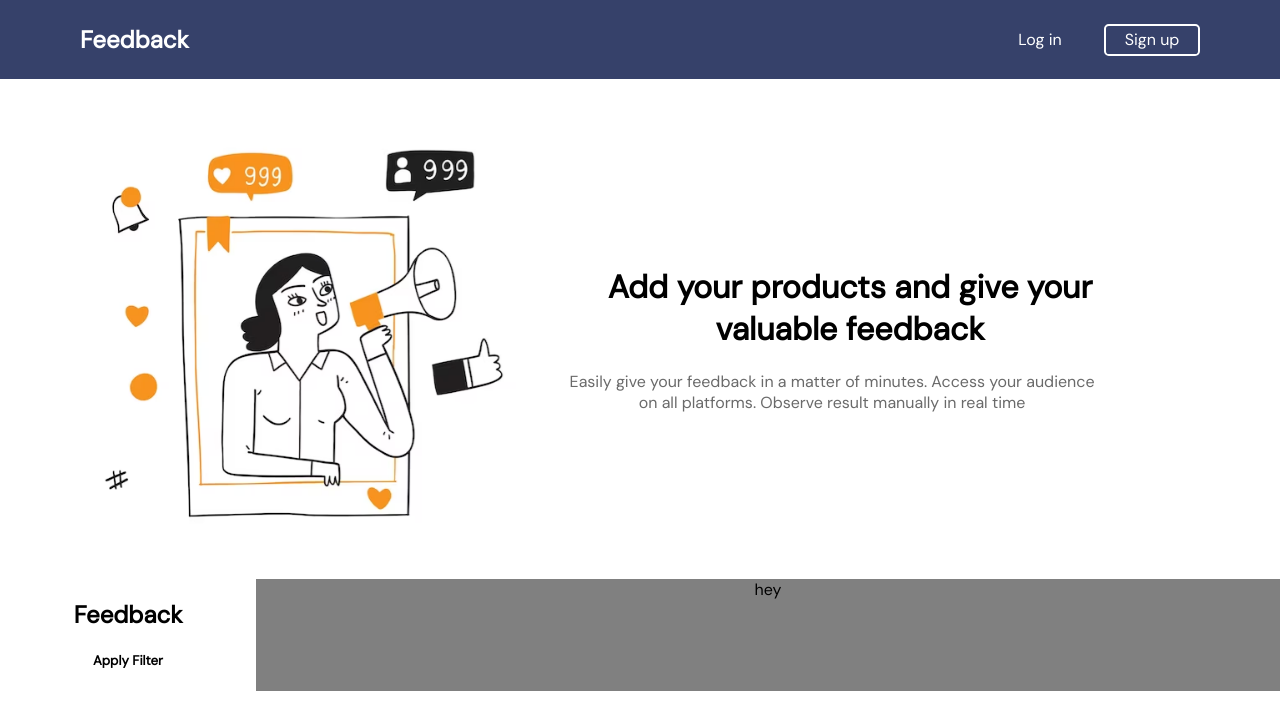
Repository: drumsmanku/final-evaluation-test
Page: / (app in client/)
An editor plug-in stored every save of this project. The page is shown before and after the next save, followed by the edit.
The browser window is 1280 px wide. The pictures show the whole page.
The page's requests for data from a server got no answer. The project was rebuilt for these pictures with package versions that can differ from the ones it lists, and the page was loaded fresh each time. No one was signed in, and anything a server would have sent is missing.

Above is the page before, as saved 2023-07-28 13:49:37.

After the next save:
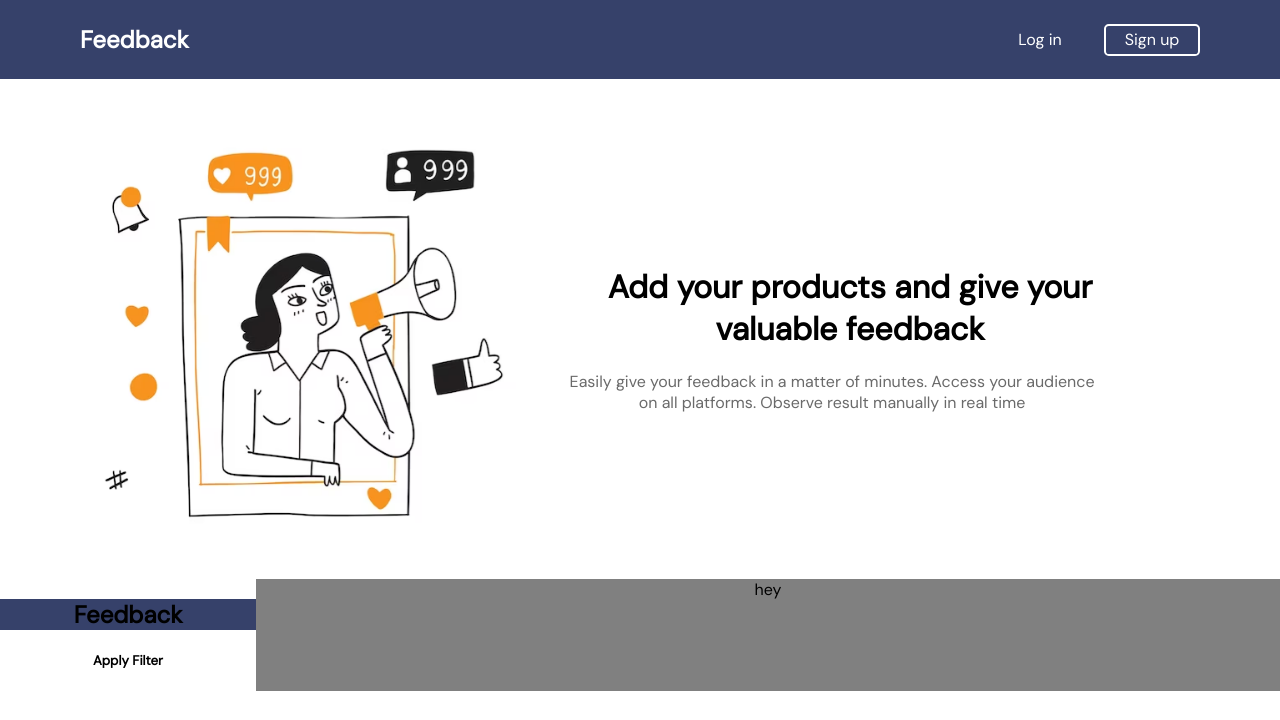
Saved 57 s later.
--- a/client/src/Components/MainPage.js
+++ b/client/src/Components/MainPage.js
@@ -71,7 +71,7 @@
       <div className="main-bottom-container">
         <div className="bottom-left">
           <span style={{backgroundColor:'#36416A'}}>
-            <h2>Feedback</h2>
+            <h2 style={{backgroundColor:'#36416A'}}>Feedback</h2>
             <h5>Apply Filter</h5>
           </span>
         </div>

After the save that followed:
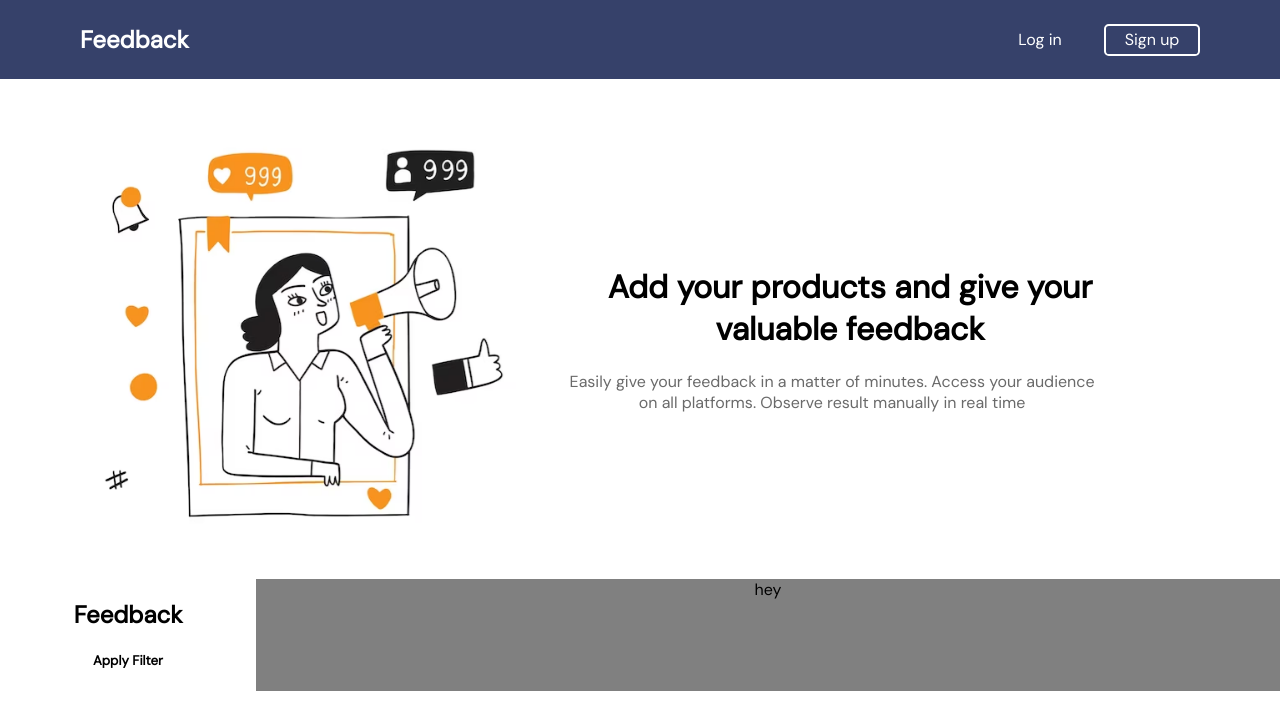
Saved 8 s later.
--- a/client/src/Components/MainPage.js
+++ b/client/src/Components/MainPage.js
@@ -71,7 +71,7 @@
       <div className="main-bottom-container">
         <div className="bottom-left">
           <span style={{backgroundColor:'#36416A'}}>
-            <h2 style={{backgroundColor:'#36416A'}}>Feedback</h2>
+            <h2>Feedback</h2>
             <h5>Apply Filter</h5>
           </span>
         </div>
